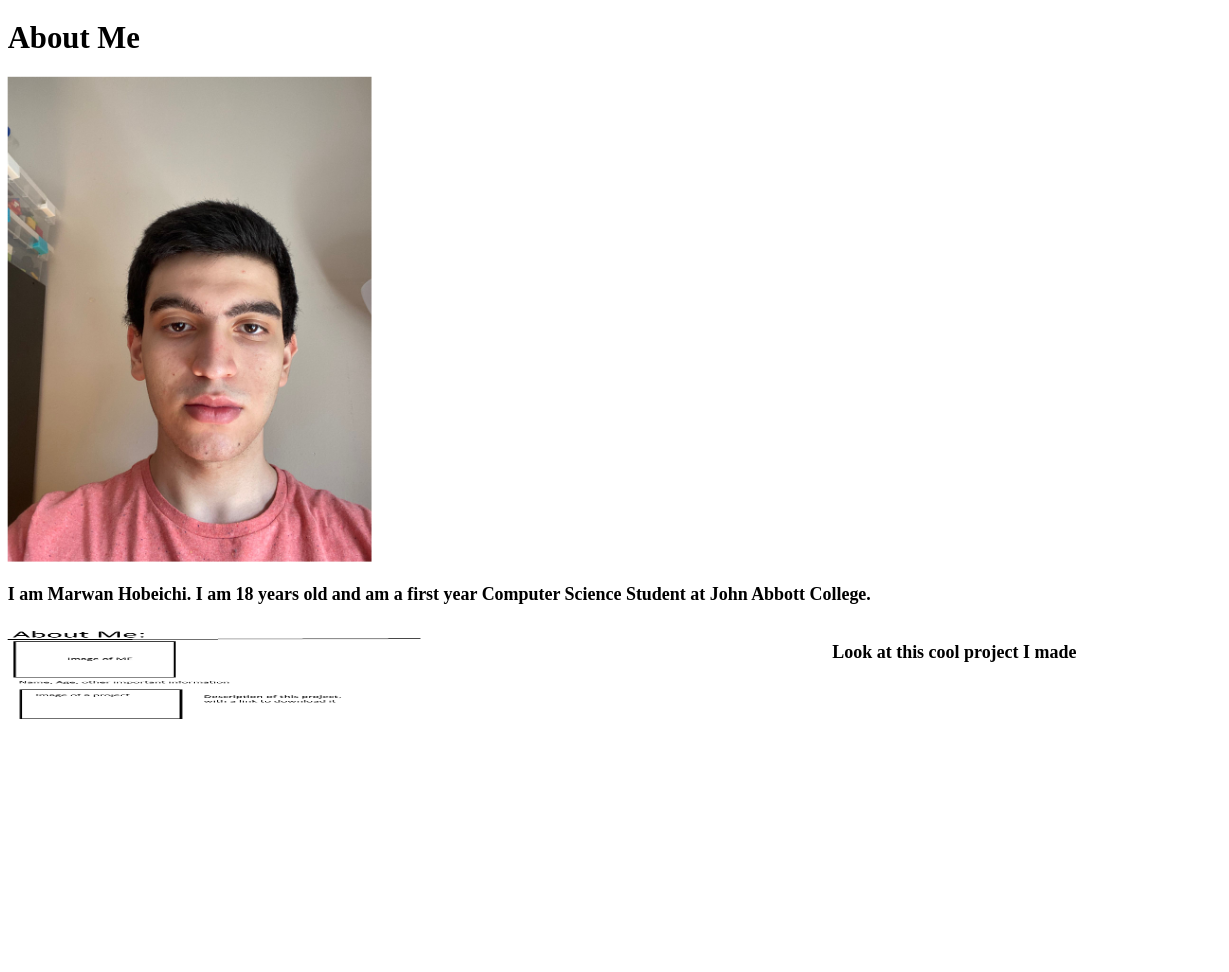
Repository: captainm64/captainm64
Page: index.html
An editor plug-in stored every save of this project. The page is shown before and after the next save, followed by the edit.
The browser window is 1280 px wide. The pictures show the whole page, at 96% of full size.

Above is the page before, as saved 2026-04-22 11:19:27.

After the next save:
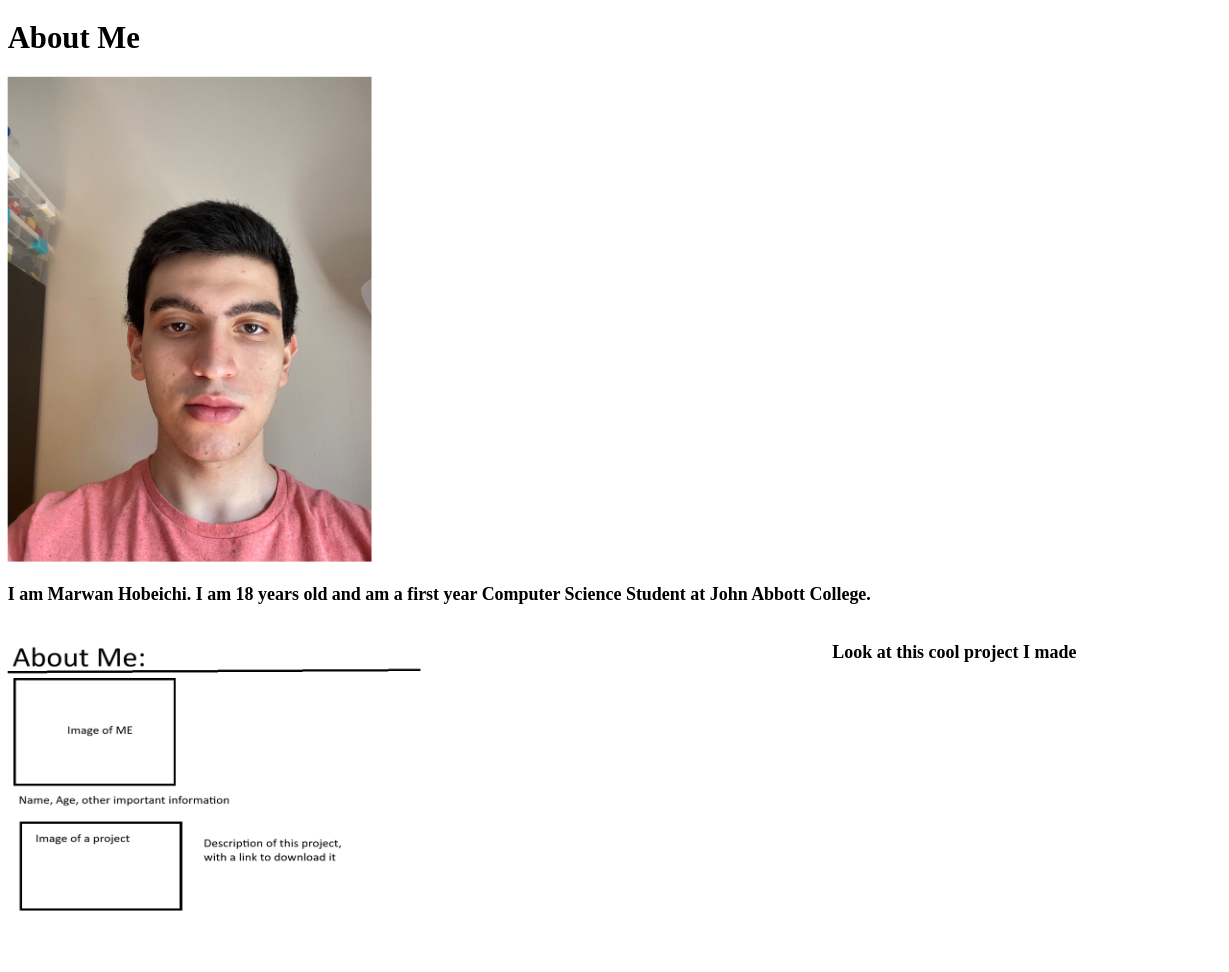
Saved 13 days later.
--- a/styles/index.css
+++ b/styles/index.css
@@ -57,7 +57,7 @@ color: rgb(0, 0, 0);
 
    .projtxt img {
 
-   height: 30%
+   height: 90%
 
   }
 
